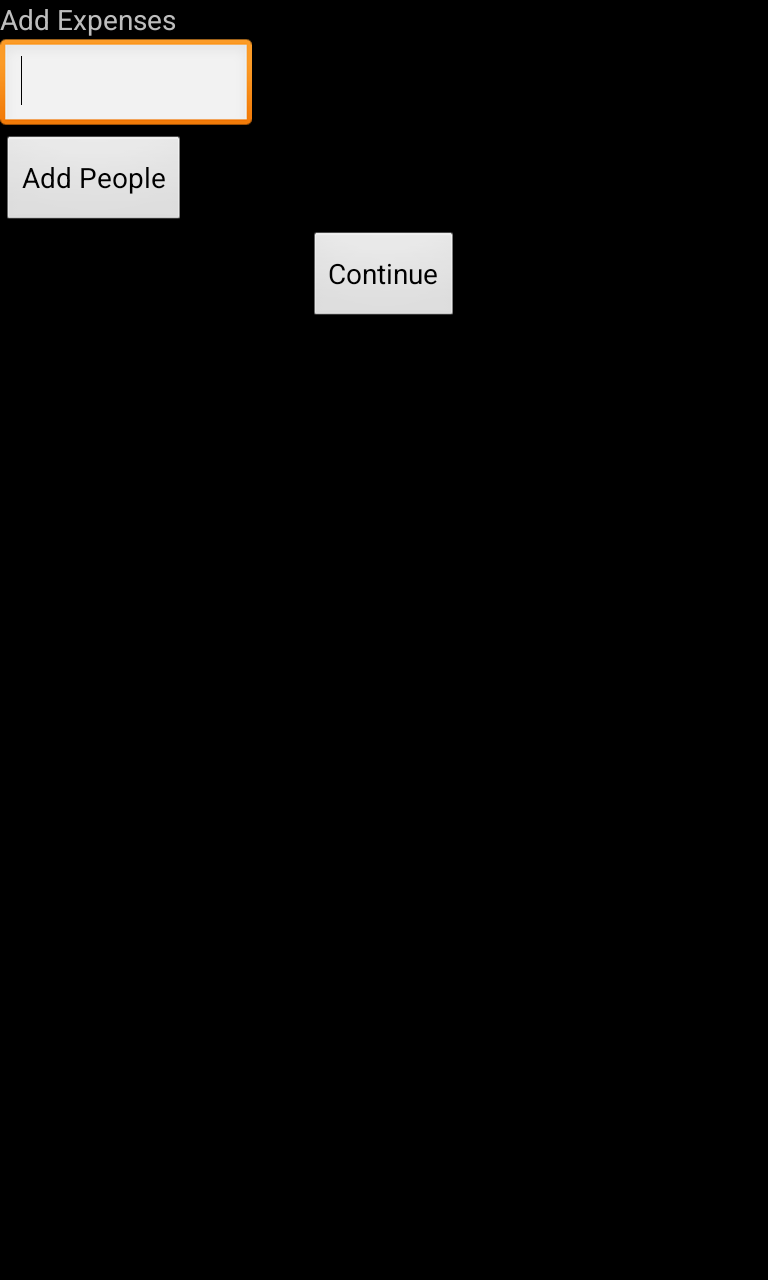
Repository: iyeranan/Expenses
Layout: Expenses/res/layout/shares.xml
These files come from the project's save history. The layout is drawn as it stood at one moment and after the next save; the edit follows.
It is drawn on a 768 x 1280 px phone screen (xhdpi) without system bars, with theme android:Theme; the app's code is not run.

Above is the layout before, as saved 2012-01-08 00:14:22.

### Expenses/res/layout/shares.xml
<?xml version="1.0" encoding="utf-8"?>
<LinearLayout xmlns:android="http://schemas.android.com/apk/res/android"
    android:orientation="vertical"
    android:layout_height="fill_parent" android:layout_width="fill_parent">
<TextView
    android:layout_width="fill_parent"
    android:layout_height="wrap_content"
    android:text="@string/addExpenses"
    />
<EditText android:layout_height="wrap_content" android:id="@+id/textPerson" android:layout_width="126dp">
    <requestFocus></requestFocus>
</EditText>
<Button android:layout_width="wrap_content" android:layout_height="wrap_content" android:text="Add People" android:id="@+id/btnAddPeople"></Button>
<TableLayout android:layout_width="fill_parent" android:layout_height="wrap_content" android:id="@+id/tblPersons">
</TableLayout>
<Button android:layout_height="wrap_content" android:layout_width="wrap_content" android:layout_gravity="center_vertical|center_horizontal" android:text="Continue" android:id="@+id/btnContinue"></Button>
</LinearLayout>

### Expenses/res/values/strings.xml
<?xml version="1.0" encoding="utf-8"?>
<resources>
    <string name="addPeople">Add People</string>
    <string name="app_name">Expenses</string>
    <string name="addExpenses">Add Expenses</string>
    <string name="ExpensesShare">ExpensesShare</string>
</resources>

After the next save:
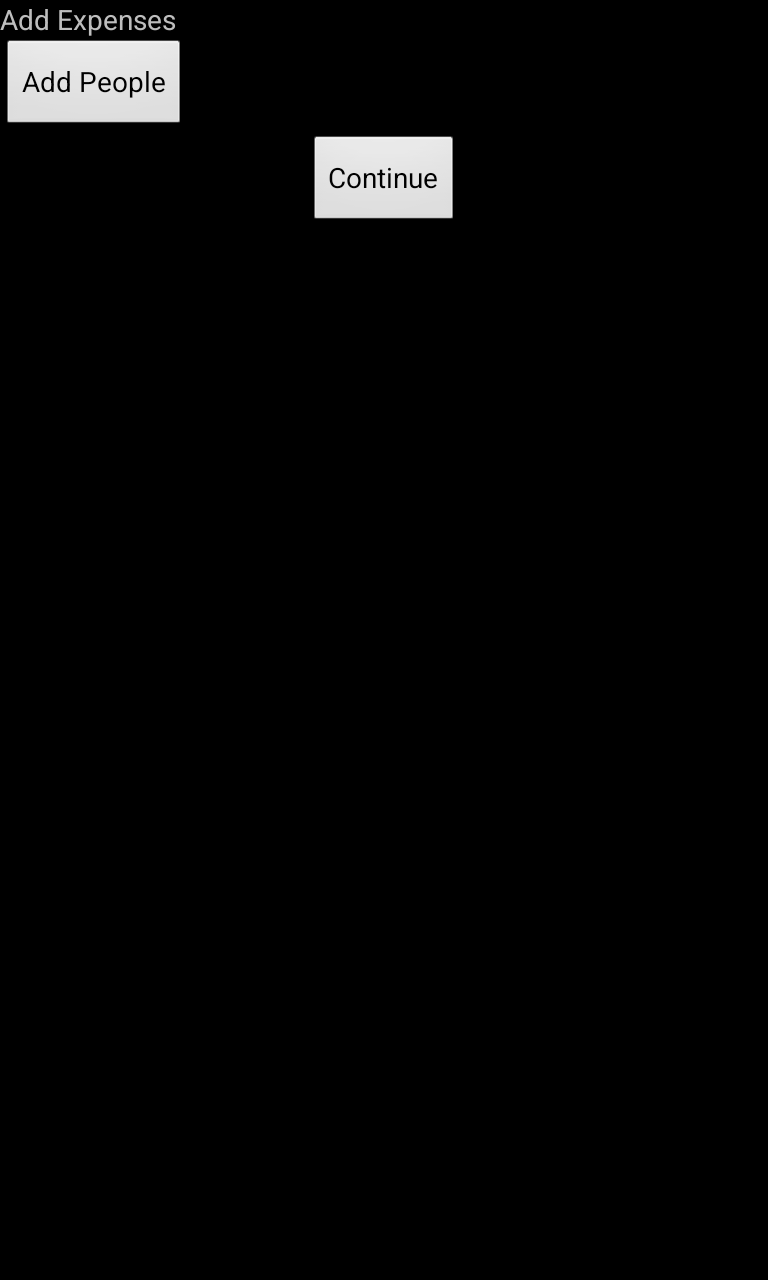
Saved 5 min 18 s later.
--- a/Expenses/res/layout/shares.xml
+++ b/Expenses/res/layout/shares.xml
@@ -7,9 +7,7 @@
     android:layout_height="wrap_content"
     android:text="@string/addExpenses"
     />
-<EditText android:layout_height="wrap_content" android:id="@+id/textPerson" android:layout_width="126dp">
-    <requestFocus></requestFocus>
-</EditText>
+
 <Button android:layout_width="wrap_content" android:layout_height="wrap_content" android:text="Add People" android:id="@+id/btnAddPeople"></Button>
 <TableLayout android:layout_width="fill_parent" android:layout_height="wrap_content" android:id="@+id/tblPersons">
 </TableLayout>
